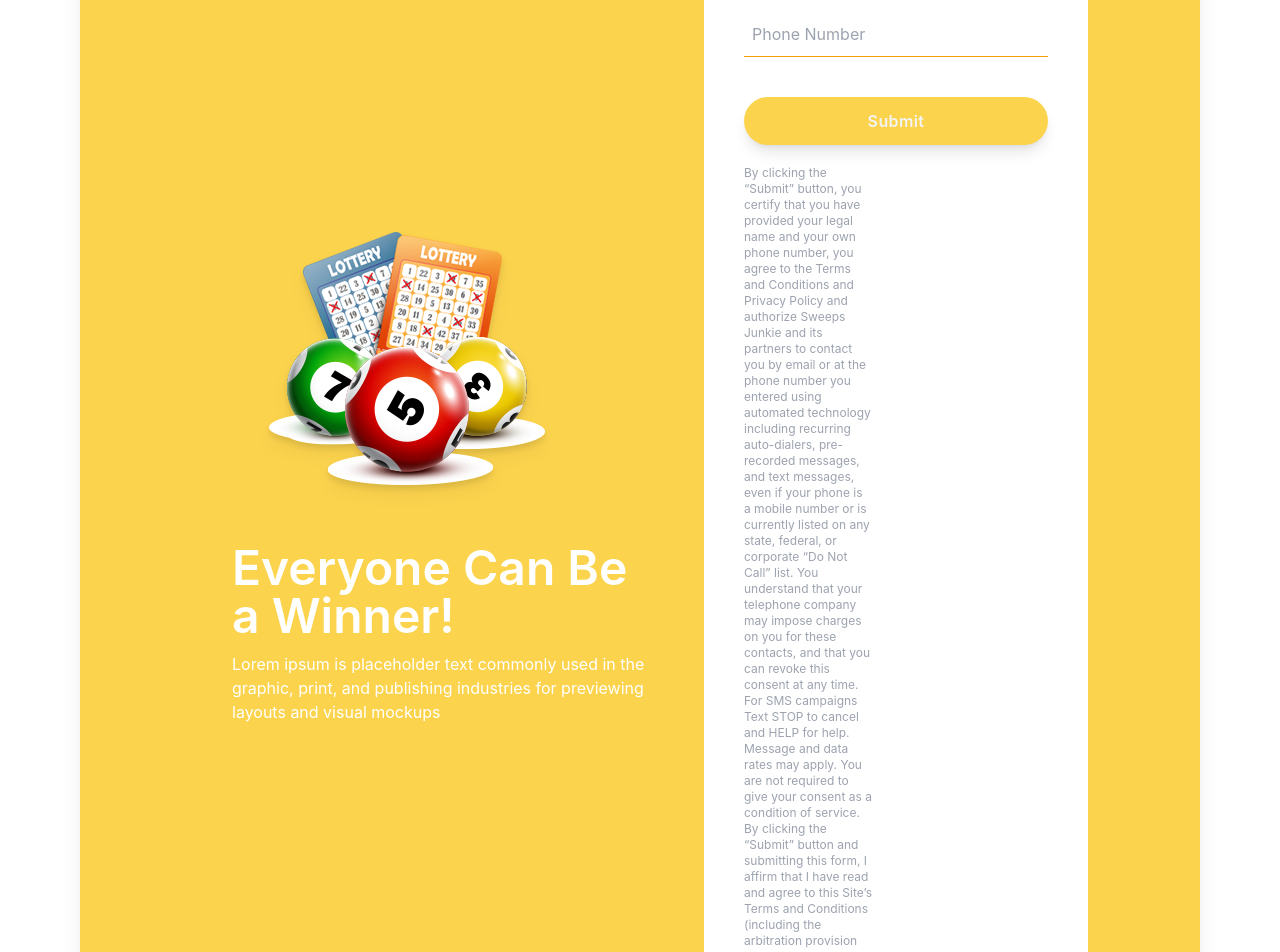
Repository: VictorJPimentel/Lottery
Page: /
The author's editor kept a copy of each file at every save. The page is drawn from the files as they stood at one save, then again after the next save.
The browser window is 1280 px wide. The pictures show the part of the page from y = 625 to 1577 px (the page is 1887 px tall).
Backgrounds fixed to the window are drawn as part of the page. The project was rebuilt for these pictures with package versions that can differ from the ones it lists, and the page was loaded fresh each time. Also part of the build but not shown: src/App.css.

Above is the page before, as saved 2022-08-12 20:35:51.

### src/components/Form.jsx
import React from "react";

function Form() {
  return (
    <>
      <div className="min-h-screen  sm:flex sm:flex-row  justify-center bg-amber-300 lg:p-50 ms:p-10 ss:p-5 rounded-3xl shadow-xl xl:m-20 m-6  ">
        <div className="flex-col flex  self-center lg:p-10 sm:max-w-5xl xl:max-w-lg  z-10 sm:p-1">
          <div className="self-start hidden lg:flex flex-col  text-white">
            <div className="flex items-center mb-5">
              <img src={require("./star.png")} class="filter drop-shadow-lg" />
            </div>
            <h1 className="my-3 font-semibold text-5xl">
              Everyone Can Be a Winner!
            </h1>
            <p className="pr-3">
              Lorem ipsum is placeholder text commonly used in the graphic,
              print, and publishing industries for previewing layouts and visual
              mockups
            </p>
          </div>
        </div>
        <div className="flex justify-center self-center  z-10 ">
          <div className="p-12 bg-primary mx-auto rounded-3xl w-100 xl:p-10 w-96 ">
            <div className="mb-4">
              <h3 className="font-semibold text-2xl text-black">
                Start Here!{" "}
              </h3>
            </div>
            <div className="space-y-5">
              <div className="space-y-2 flex items-center border-b border-amber-500 py-2">
                <input
                  className="appearance-none bg-transparent border-none w-full text-gray-700 mr-3 py-1 px-2 leading-tight focus:outline-none"
                  type="email"
                  placeholder="Email Address"
                  aria-label="Email Address"
                />
              </div>
              <div className="space-y-2 flex items-center border-b border-amber-500 py-2">
                <input
                  className="appearance-none bg-transparent border-none w-full text-gray-700 mr-3 py-1 px-2 leading-tight focus:outline-none"
                  type="tel"
                  placeholder="Phone Number"
                  aria-label="Phone Number"
                />
              </div>
              <div className="flex items-center justify-between"></div>
              <div>
                <button
                  type="submit"
                  className="w-full flex justify-center bg-amber-300  hover:bg-amber-400 text-gray-100 p-3  rounded-full tracking-wide font-semibold  shadow-lg cursor-pointer transition ease-in duration-500"
                >
                  Submit
                </button>
              </div>
              <div className="flex items-center justify-center space-x-2 my-5 text-xs  text-gray-400  max-w-32">
                By clicking the “Submit” button, you certify that you have
                provided your legal name and your own phone number, you agree to
                the Terms and Conditions and Privacy Policy and authorize Sweeps
                Junkie and its partners to contact you by email or at the phone
                number you entered using automated technology including
                recurring auto-dialers, pre-recorded messages, and text
                messages, even if your phone is a mobile number or is currently
                listed on any state, federal, or corporate “Do Not Call” list.
                You understand that your telephone company may impose charges on
                you for these contacts, and that you can revoke this consent at
                any time. For SMS campaigns Text STOP to cancel and HELP for
                help. Message and data rates may apply. You are not required to
                give your consent as a condition of service. By clicking the
                “Submit” button and submitting this form, I affirm that I have
                read and agree to this Site’s Terms and Conditions (including
                the arbitration provision and the E-SIGN consent) and Privacy
                Policy.
              </div>
            </div>
          </div>
        </div>
      </div>
    </>
  );
}

export default Form;

### src/components/Footer.jsx
import React from "react";

function Footer() {
  return (
    <>
      <footer class="text-stone-300 bg-primary">
        <div class="max-w-3xl mx-auto py-6">
          <hr class="h-px my-6 bg-primary" />
          <div class="flex flex-col items-center justify-between mt-6 md:flex-row">
            <div>
              <a
                href="#"
                class="text-xl font-bold font-title text-stone-300 hover:text-stone-400"
              >
                STAKEMANIA&copy;
              </a>
            </div>

            <div class="flex mt-4 md:m-0">
              <div class="-m-x4">
                <a
                  href="https://www.instagram.com/"
                  target="_blank"
                  class="px-4 text-sm text-stone-300 font-content hover:text-stone-400"
                >
                  Instagram
                </a>
                <a
                  href="https://www.facebook.com/"
                  target="_blank"
                  class="px-4 text-sm text-stone-300 font-content hover:text-stone-400"
                >
                  Facebook
                </a>
                <a
                  href="https://twitter.com/"
                  target="_blank"
                  class="px-4 text-sm text-stone-300 font-content hover:text-stone-400"
                >
                  Twitter
                </a>
              </div>
            </div>
          </div>
        </div>
      </footer>
    </>
  );
}

export default Footer;

### src/components/Header.jsx
import React from "react";

function Header() {
  return (
    <>
      <div class="flex items-center justify-center w-full h-96 mb-0 bg-fixed bg-center bg-cover lg:p-32 p-10 bg-main-page2">
        <p class="p-5 lg:text-2xl text-lg text-stone-300 bg-primary rounded-xl font-title text-center shadow-2xl">
          <img
            src={require("./stakemania.png")}
            class="filter drop-shadow-lg"
          />
        </p>
      </div>
    </>
  );
}

export default Header;

### tailwind.config.js
/** @type {import('tailwindcss').Config} */
module.exports = {
  content: ["./index.html", "./src/**/*.{vue,js,ts,jsx,tsx}"],
  theme: {
    backgroundImage: {
      "main-page":
        "url('https://www.nerdynaut.com/wp-content/uploads/2021/03/Learn-How-to-Play-Keno-Lottery.png')",
      "main-page2":
        "url('https://www.nerdynaut.com/wp-content/uploads/2021/03/Learn-How-to-Play-Keno-Lottery.png')",
    },
    extend: {
      fontFamily: {
        title: ["Montserrat Alternates", "sans-serif"],
        content: ["'Poppins'", "sans-serif"],
      },
      fontSize: {
        "main-title": "11rem",
        "main-mid": "15rem",
      },
      colors: {
        primary: "#FFF",
        secondary: "#fff",
        header: "#181c2c",
        product: "#23262C",
      },
      screens: {
        ss: "500px",
        ss: "400px",
      },
    },
  },
  plugins: [],
};

Loaded but not shown: public/index.html (common file); src/index.js (common file); src/index.css (common file); src/App.js (common file); src/reportWebVitals.js (common file)

After the next save:
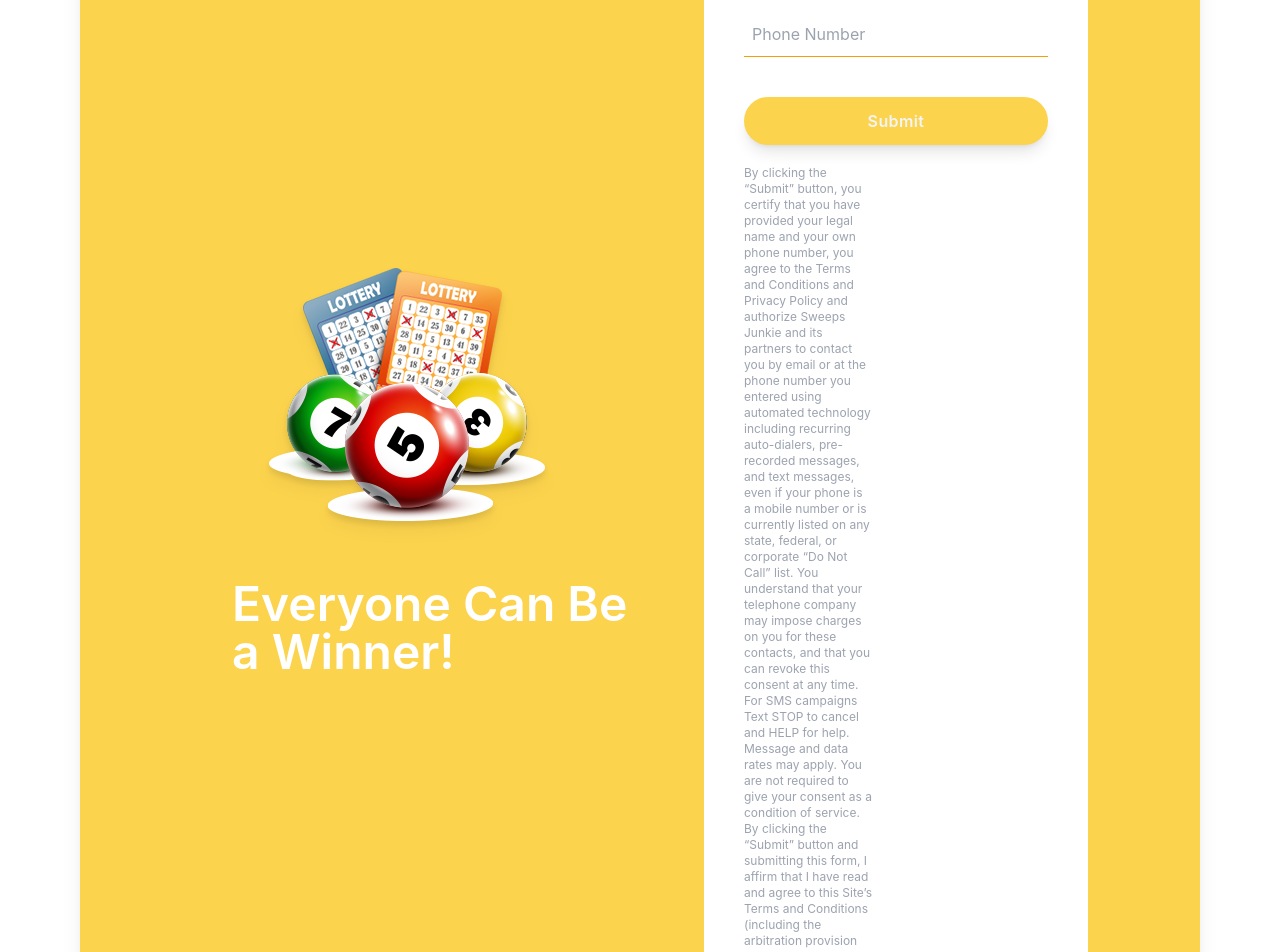
Saved 68 s later.
--- a/src/components/Form.jsx
+++ b/src/components/Form.jsx
@@ -12,11 +12,6 @@ function Form() {
             <h1 className="my-3 font-semibold text-5xl">
               Everyone Can Be a Winner!
             </h1>
-            <p className="pr-3">
-              Lorem ipsum is placeholder text commonly used in the graphic,
-              print, and publishing industries for previewing layouts and visual
-              mockups
-            </p>
           </div>
         </div>
         <div className="flex justify-center self-center  z-10 ">
